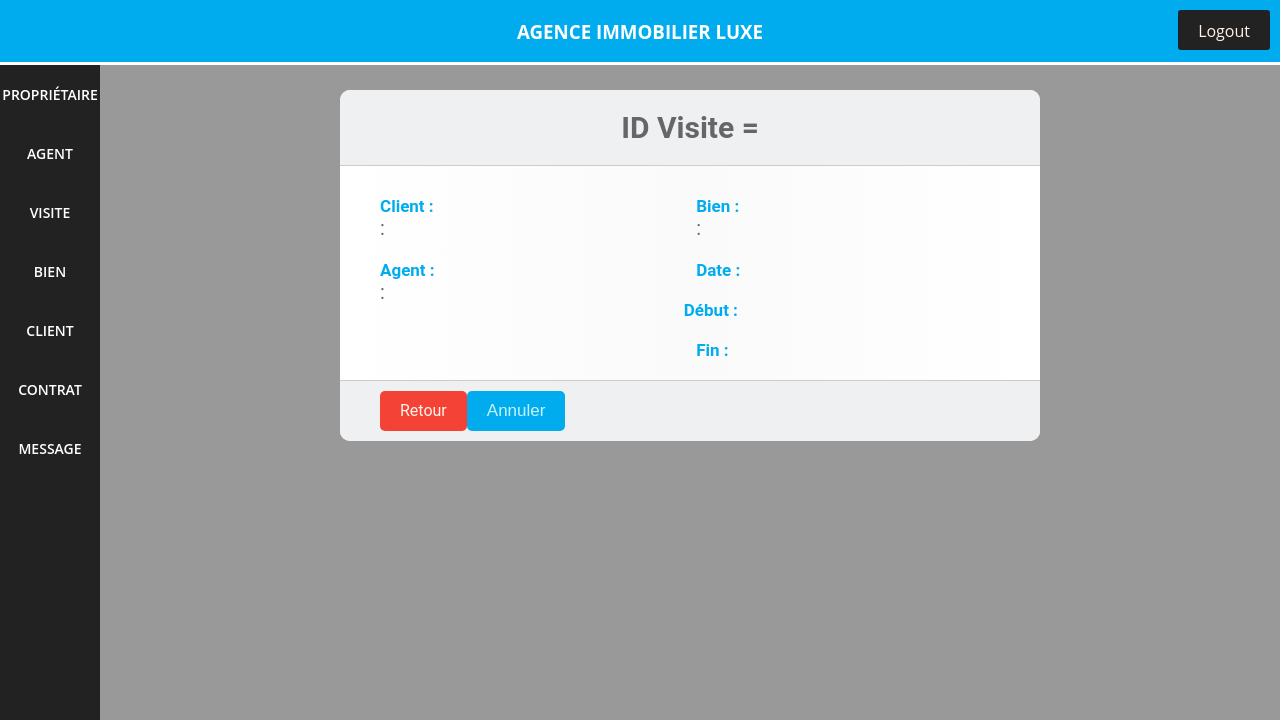
Repository: hassen-mnejja/Real_Estate_Agency_Website
Page: http://localhost/backoffice/WEB-INF/visitedescriptif.jsp
These files come from the project's save history. The page is drawn as it stood at one moment and after the next save; the edit follows.
The browser window is 1280 px wide. The pictures show the whole page.
Some icons come from a web library that is not loaded, so they are not drawn. The page is served by Tomcat 9. Nobody is signed in. Other server files are loaded and not shown. The template is opened directly, without the code that normally fills it, so the values that code supplies are empty.

Above is the page before, as saved 2020-06-23 21:46:14.

### backoffice/WebContent/WEB-INF/visitedescriptif.jsp
<%@ page language="java" contentType="text/html; charset=UTF-8" pageEncoding="UTF-8"%>
<%@ taglib uri="http://java.sun.com/jsp/jstl/core" prefix="c"%>
<!DOCTYPE html>
<html>
<head>
<title>${visite.idVisite}</title>
<link rel="stylesheet" type="text/css" href="../Style/MonStyle.css">
<link rel="icon" href="../Images/icon4.ico" />
<script src="../JS/1351.js"></script>
<script src="../JS/jquery-3.4.1.js"></script>
<style>
.my-form {
	width: 700px;
	margin-bottom: 100px;
}
</style>
</head>
<body>
<body>

	<!-- navbar -->
	<div id="nav-placeholder"></div>

	<!-- contenu -->
	<div id="contenu">
		<form class="my-form" >

			<!-- form header -->
			<div class="form-header">
				<h1>ID Visite = ${visite.idVisite}</h1>
			</div>

			<!-- form body -->
			<div class="form-body">

				<!-- client et bien -->
				<div class="horizontal-group">
					<div class="form-group left">
						<label for="idclient" class="label-title">Client :</label>
						<label id="afidclient" style="display: block; font-size: 20px;">${visite.client.idClient} : ${visite.client.nom} ${visite.client.prenom}</label>
					</div>
					<div class="form-group right">
						<label for="idbien" class="label-title">Bien :</label>
						<label id="afidbien" style="display: block; font-size: 20px;">${visite.bien.idBien} : ${visite.bien.descriptif}</label>
					</div>
				</div>

				<!-- agent et date -->
				<div class="horizontal-group">
					<div class="form-group left">
						<label for="numcontrat" class="label-title">Agent :</label>
						<label id="afnumcontrat" style="display: block; font-size: 20px;">${visite.agent.idAgent} : ${visite.agent.nom} ${visite.agent.prenom}</label>
					</div>
					<div class="form-group right">
						<label for="numcontrat" class="label-title">Date :</label>
						<label id="afnumcontrat" style="display: block; font-size: 20px;">${visite.date}</label>
					</div>
				</div>

				<!-- Num tel -->
				<div class="horizontal-group">
					<div class="form-group left">
						<label for="date" class="label-title">Début :</label>
						<label id="afdate" style="display: block; font-size: 20px;">${visite.heured}</label>
					</div>
					<div class="form-group right">
						<label for="prix" class="label-title">Fin :</label>
						<label id="afprix" style="display: block; font-size: 20px;">${visite.heuref}</label>
					</div>
				</div>
			</div>

			<!-- form-footer -->
			<div class="form-footer">
				<div style="display: flex;">
					<a href="/backoffice/prive/cherchercontrat">Retour</a>
					<button type="button" onclick="fonction2()" class="btn">Annuler</button>
				</div>
			</div>

		</form>

	</div>


	<!-- JavaScript -->
	<script>
		$(function() {
			$("#nav-placeholder").load("../navbar.html");
		});

		function fonction2() {
			if (confirm("Voulez-vous vraiment annuler cette visite?")) {
				window.alert("Cette visite a été annulée avec succès.");
				location.href = "/backoffice/prive/supprimevisite?idvisite=${visite.idVisite}";
			}
		}
	</script>
</body>
</html>

### backoffice/WebContent/Style/MonStyle.css
@charset "ISO-8859-1";
.aa:hover {
	background-color: rgba(0, 0, 0, 0);
	color: #4088a3;
}

.aa:link, .aa:visited {
	background-color: rgba(0, 0, 0, 0);
	color: #666;
	text-decoration: none;
	display: inline-block;
	border: none;
	padding: 0px 0px;
}

.nav {
	position: fixed;
	top: 60px;
	left: 0px;
	width: 100px;
	height: 100%;
	background: #222;
	z-index: 2;
}

.contenu {
	position: fixed;
	top: 60px;
	left: 100px;
	width: 100%;
	height: 100%;
	background: #999;
	z-index: 2;
}

.header {
	position: fixed;
	left: 0;
	right: 0;
	z-index: 1002;
	min-height: 60px;
	padding: 0 15px;
	background: #00acee;
	border-bottom: 3px solid white;
}

#contenu {
	position: fixed;
	top: 60px;
	left: 100px;
	width: calc(100% - 100px);
	height: 100%;
	background: #999;
	z-index: 1;
	margin-left: auto;
	margin-right: auto;
	transition: all 500ms linear;
	overflow-y: auto;
}

#contenu.active {
	left: 0px;
	width: 100%;
}

#nav {
	left: 0px;
	transition: all 500ms linear;
}

#nav.active {
	left: -100px;
}

.nav span {
	display: block;
	font-size: 14px;
	color: #fff;
	font-weight: 600;
	text-transform: uppercase;
	margin-top: 10px;
}

.fi {
	font-size: 25px;
	color: #eee;
}

.toggle {
	position: fixed;
	font-size: 25px;
	color: #222;
	top: 15px;
	left: 40px;
	cursor: pointer;
}

.nav .nav-item {
	position: relative;
	width: 100%;
	text-align: center;
}

.nav .main-item, .nav .sub-item {
	padding: 15px 0px;
	background: #222;
}

.nav .nav-item .sub-items {
	position: absolute;
	top: 0px;
	left: -300px;
	width: max-content;
	z-index: -1;
	transition: all 300ms ease-in-out;
}

.nav .sub-items .sub-item {
	float: left;
	width: 100px;
}

.nav .main-item:hover, .nav .sub-item:hover {
	background: #00acee;
	cursor: pointer;
}

.nav .nav-item:hover .sub-items {
	left: 102px;
}

#elements {
	font-family: "Trebuchet MS", Arial, Helvetica, sans-serif;
	border-collapse: collapse;
	width: 100%;
	border: 1px solid #d6d6d6;
	border-radius: 3px 3px 3px 3px;
}

#elements td, #elements th {
	border: 1px solid #ddd;
	padding: 8px;
}

#elements tr:nth-child(even) {
	background-color: white;
}

#elements tr:nth-child(odd) {
	background-color: #eff0f1;
}

#elements tr:hover {
	background-color: #ddd;
}

#elements th {
	padding-top: 12px;
	padding-bottom: 12px;
	text-align: left;
	background-color: white;
	color: gray;
}

@import url('https://fonts.googleapis.com/css?family=Roboto');

/*---------------------------------------*/
/* Register Form */
/*---------------------------------------*/
body {
	margin: 0px;
	font-family: "Open Sans", sans-serif;
}

a:link, a:visited {
	background-color: #f44336;
	color: #fff3e9;
	padding: 10px 20px;
	text-align: center;
	text-decoration: none;
	display: inline-block;
	border: none;
	border-radius: 5px;
}

a:hover, a:active {
	background-color: #fa3c39;
	color: white;
}

.my-form {
	font-family: "Roboto", sans-serif;
	background: linear-gradient(to right, #ffffff 0%, #fafafa 50%, #ffffff 99%);
	border-radius: 10px;
	margin: 30px auto;
	width: 650px;
}

/*---------------------------------------*/
/* Form Header */
/*---------------------------------------*/
.form-header {
	background-color: #EFF0F1;
	border-top-left-radius: 10px;
	border-top-right-radius: 10px;
}

.form-header h1 {
	font-size: 30px;
	text-align: center;
	color: #666;
	padding: 20px 0;
	border-bottom: 1px solid #cccccc;
}

/*---------------------------------------*/
/* Form Body */
/*---------------------------------------*/
.form-body {
	padding: 10px 40px;
	color: #666;
}

.form-group {
	margin-bottom: 20px;
}

.form-body .label-title {
	color: #00acee;
	font-size: 17px;
	font-weight: bold;
}

.form-body .form-input {
	font-size: 17px;
	box-sizing: border-box;
	width: 100%;
	height: 34px;
	padding-left: 10px;
	padding-right: 10px;
	color: #333333;
	text-align: left;
	border: 1px solid #d6d6d6;
	border-radius: 4px;
	background: white;
	outline: none;
}

.horizontal-group .left {
	float: left;
	width: 49%;
}

.horizontal-group .right {
	float: right;
	width: 49%;
}

/*---------------------------------------*/
/* Form Footer */
/*---------------------------------------*/
.my-form .form-footer {
	background-color: #EFF0F1;
	border-bottom-left-radius: 10px;
	border-bottom-right-radius: 10px;
	padding: 10px 40px;
	text-align: right;
	border-top: 1px solid #cccccc;
	clear: both;
}

.form-footer span {
	float: left;
	margin-top: 10px;
	color: #999;
	font-style: italic;
	font-weight: thin;
}

.btn {
	display: inline-block;
	padding: 10px 20px;
	background-color: #00acee;
	font-size: 17px;
	border: none;
	border-radius: 5px;
	color: #c3f4ff;
	cursor: pointer;
}

.btn:hover {
	background-color: #11addd;
	color: white;
}

a.log {
	position: fixed;
	float: left;
	background: #222;
	border-radius: 3px 3px 3px 3px;
	height: 20px;
	top: 10px;
	right: 10px;
}

.title {
	color: white;
	text-align: center;
	cursor: pointer;
}

### backoffice/WebContent/navbar.html
<script src="JS/1351.js"></script>
<header class="header black-bg">
	<i class="fas fa-bars toggle" onclick="toggle()" id="b"></i>
	<h3 class="title" onclick="window.location.href = '/backoffice/prive/home';">AGENCE IMMOBILIER LUXE</h3>
	<a class="log" href="/backoffice/logout" id="discon">Logout</a>
</header>
<div class="nav" id="nav" style="display: block">
	<div class="nav-item">
		<div class="main-item">
			<i class="fad fa-house-user fi"></i> <span>Propriétaire</span>
		</div>
		<div class="sub-items">
			<div class="sub-item" onclick="window.location.href = '/backoffice/prive/ajouterprop';">
				<i class="fad fa-user-plus fi"></i> <span>Ajouter</span>
			</div>
			<div class="sub-item" onclick="window.location.href = '/backoffice/prive/chercherprop';">
				<i class="fad fa-search fi"></i> <span>Chercher</span>
			</div>
		</div>
	</div>
	<div class="nav-item">
		<div class="main-item">
			<i class="fad fa-user-headset fi"></i> <span>Agent</span>
		</div>
		<div class="sub-items">
			<div class="sub-item" onclick="window.location.href = '/backoffice/prive/ajouteragent';">
				<i class="fad fa-user-plus fi"></i> <span>Ajouter</span>
			</div>
			<div class="sub-item" onclick="window.location.href = '/backoffice/prive/chercheragent';">
				<i class="fad fa-search fi"></i> <span>Chercher</span>
			</div>
		</div>
	</div>
	<div class="nav-item">
		<div class="main-item">
			<i class="fad fa-house-return fi"></i> <span>Visite</span>
		</div>
		<div class="sub-items">
			<div class="sub-item" onclick="window.location.href = '/backoffice/prive/ajoutervisite';">
				<i class="fad fa-calendar-plus fi"></i> <span>Programmer</span>
			</div>
			<div class="sub-item" onclick="window.location.href = '/backoffice/prive/cherchervisite';">
				<i class="fad fa-search fi"></i> <span>Chercher</span>
			</div>
		</div>
	</div>
	<div class="nav-item">
		<div class="main-item">
			<i class="fad fa-house fi"></i> <span>Bien</span>
		</div>
		<div class="sub-items">
			<div class="sub-item" onclick="window.location.href = '/backoffice/prive/ajouterbien';">
				<i class="fad fa-plus fi"></i> <span>Ajouter</span>
			</div>
			<div class="sub-item" onclick="window.location.href = '/backoffice/prive/chercherbien';">
				<i class="fad fa-search fi"></i> <span>Chercher</span>
			</div>
		</div>
	</div>
	<div class="nav-item">
		<div class="main-item">
			<i class="fad fa-user fi"></i> <span>client</span>
		</div>
		<div class="sub-items">
			<div class="sub-item">
				<i class="fad fa-user-plus fi"></i> <span>Ajouter</span>
			</div>
			<div class="sub-item">
				<i class="fad fa-search fi"></i> <span>Chercher</span>
			</div>
		</div>
	</div>
	<div class="nav-item">
		<div class="main-item">
			<i class="fad fa-file fi"></i> <span>contrat</span>
		</div>
		<div class="sub-items">
			<div class="sub-item" onclick="window.location.href = '/backoffice/prive/ajoutercontrat';">
				<i class="fad fa-file-plus fi"></i> <span>Ajouter</span>
			</div>
			<div class="sub-item" onclick="window.location.href = '/backoffice/prive/cherchercontrat';">
				<i class="fad fa-file-search fi"></i> <span>Chercher</span>
			</div>
		</div>
	</div>
	<div class="nav-item">
		<div class="main-item">
			<i class="fad fa-comments-alt fi"></i> <span>Message</span>
		</div>
		<div class="sub-items">
			<div class="sub-item">
				<i class="fad fa-comment-alt-plus fi"></i> <span>Ajouter</span>
			</div>
			<div class="sub-item">
				<i class="fad fa-inbox fi"></i> <span>Chercher</span>
			</div>
		</div>
	</div>
</div>
<script>
	function toggle() {
		document.getElementById("nav").classList.toggle('active');
		document.getElementById("contenu").classList.toggle('active');
	}
</script>

Loaded but not shown: backoffice/WebContent/JS/1351.js (library); backoffice/WebContent/JS/jquery-3.4.1.js (library)

After the next save:
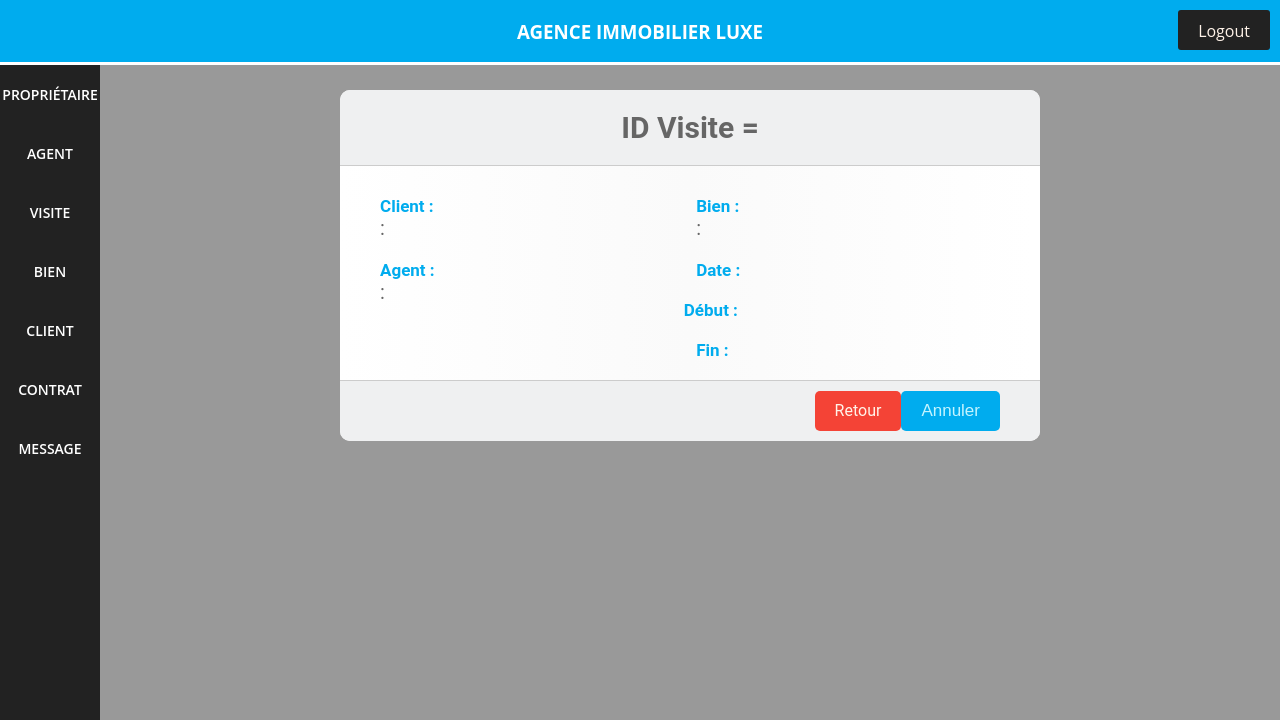
Saved 10 s later.
--- a/backoffice/WebContent/WEB-INF/visitedescriptif.jsp
+++ b/backoffice/WebContent/WEB-INF/visitedescriptif.jsp
@@ -72,7 +72,7 @@
 
 			<!-- form-footer -->
 			<div class="form-footer">
-				<div style="display: flex;">
+				<div style="justify-content: right; display: flex;">
 					<a href="/backoffice/prive/cherchercontrat">Retour</a>
 					<button type="button" onclick="fonction2()" class="btn">Annuler</button>
 				</div>

After the save that followed:
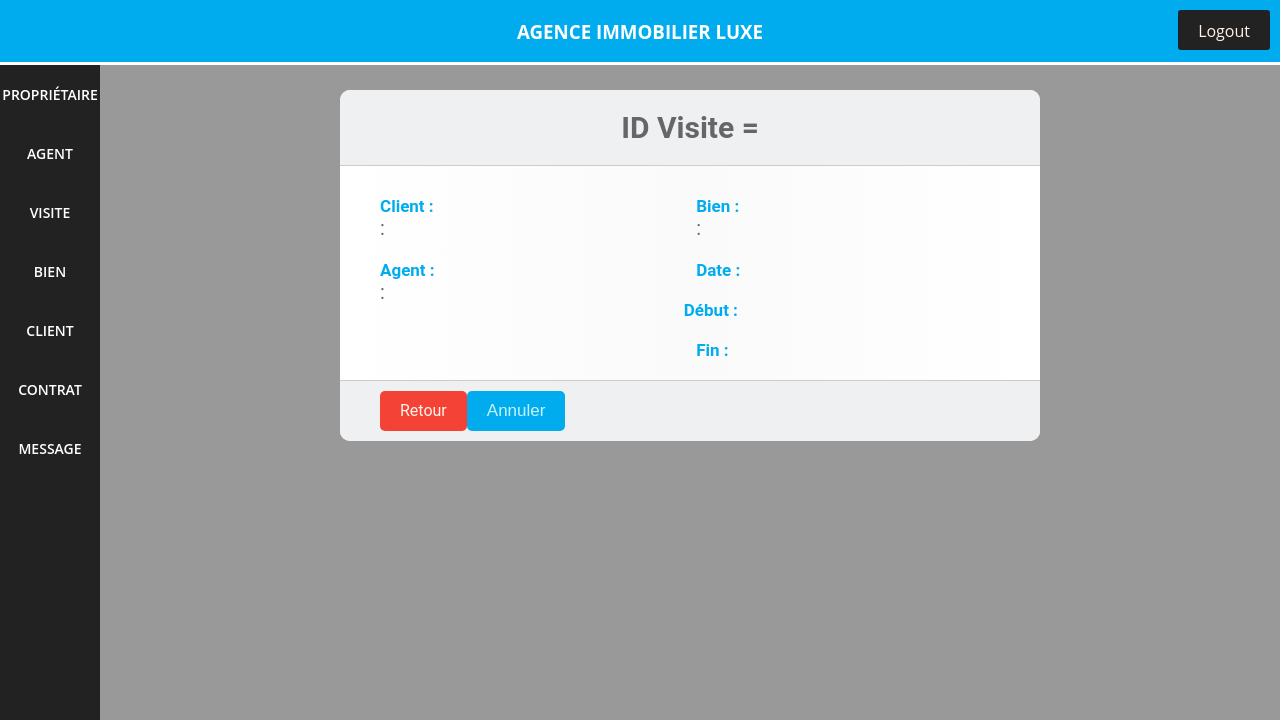
Saved 13 s later.
--- a/backoffice/WebContent/WEB-INF/visitedescriptif.jsp
+++ b/backoffice/WebContent/WEB-INF/visitedescriptif.jsp
@@ -72,7 +72,7 @@
 
 			<!-- form-footer -->
 			<div class="form-footer">
-				<div style="justify-content: right; display: flex;">
+				<div style="justify-content: left; display: flex;">
 					<a href="/backoffice/prive/cherchercontrat">Retour</a>
 					<button type="button" onclick="fonction2()" class="btn">Annuler</button>
 				</div>
